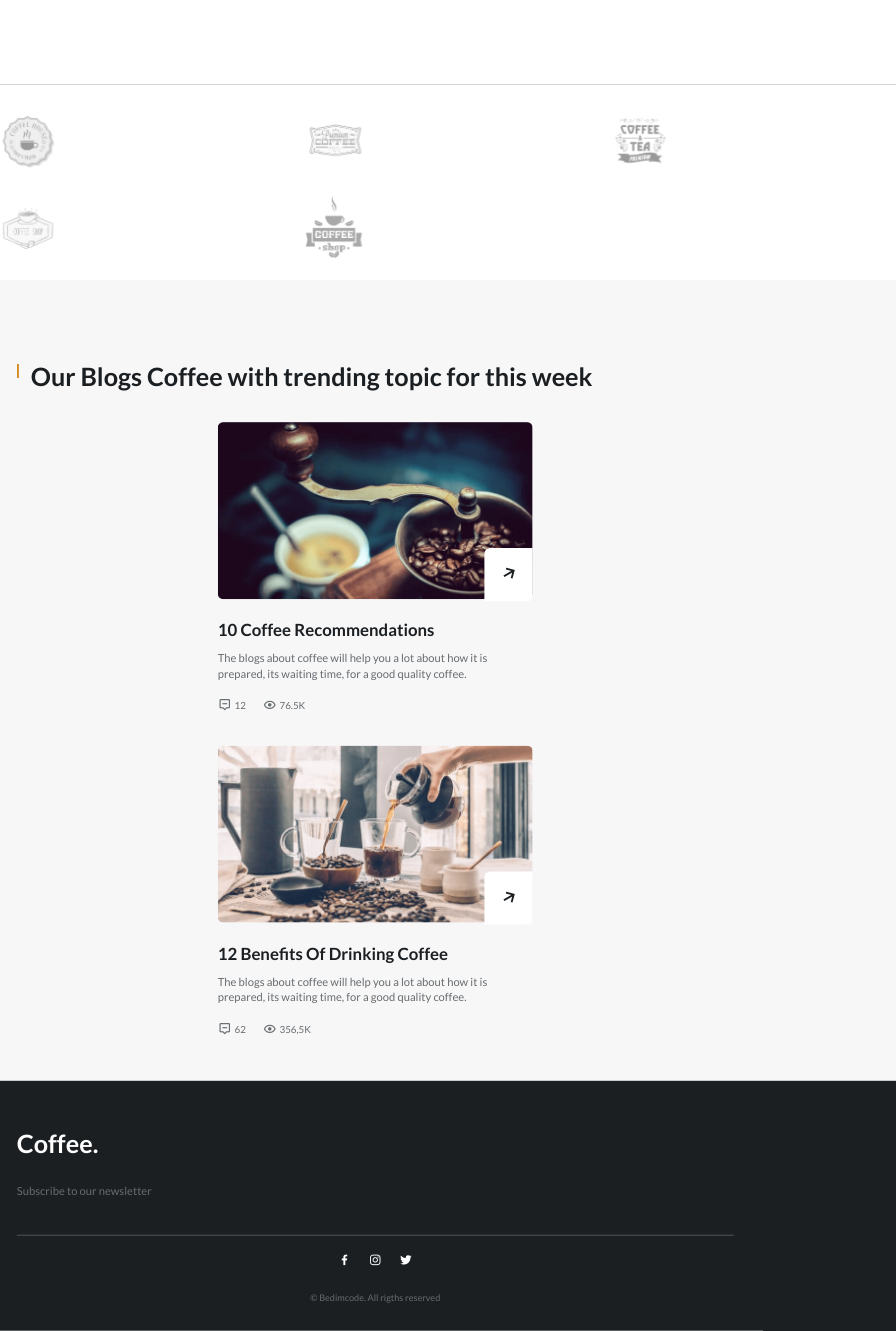
Repository: phong121020/coffee-responsive
Page: index.html
An editor plug-in stored every save of this project. The page is shown before and after the next save, followed by the edit.
The browser window is 1280 px wide. The pictures show the part of the page from y = 3100 to 5020 px (the page is 5001 px tall before and 5020 px after), at 70% of full size.

Above is the page before, as saved 2022-03-08 17:27:11.

### index.html
<!DOCTYPE html>
<html lang="en">
  <head>
    <meta charset="UTF-8" />
    <meta http-equiv="X-UA-Compatible" content="IE=edge" />
    <meta name="viewport" content="width=device-width, initial-scale=1.0" />
    <!-- link -->
    <link rel="stylesheet" href="./assets/css/style.css" />
    <!-- favicon -->
    <link
      rel="shortcut icon"
      href="./assets/img/favicon.png"
      type="image/x-icon"
    />
    <title>Document</title>
    <!-- boxicon -->
    <link
      href="https://unpkg.com/boxicons@2.1.1/css/boxicons.min.css"
      rel="stylesheet"
    />
  </head>
  <body>
    <!-- HEADER -->
    <header class="header" id="header">
      <nav class="nav container">
        <a href="#" class="nav__logo">
          <img src="./assets/img/logo.png" alt="" class="nav__logo-img" />
          Coffee.
        </a>
        <div class="nav__menu" id="nav-menu">
          <ul class="nav__list">
            <li class="nav__item">
              <a href="#home" class="nav__link active-link">Home</a>
            </li>
            <li class="nav__item">
              <a href="#products" class="nav__link">Products</a>
            </li>
            <li class="nav__item">
              <a href="#premium" class="nav__link">Premium</a>
            </li>
            <li class="nav__item">
              <a href="#blog" class="nav__link">Blog</a>
            </li>
          </ul>
          <div class="nav__close" id="nav-close">
            <i class="bx bx-x"></i>
          </div>
        </div>
        <!-- Toggle button -->
        <div class="nav__toggle" id="nav-toggle">
          <i class="bx bx-grid-alt"></i>
        </div>
      </nav>
    </header>
    <!-- MAIN -->
    <main>
      <!-- HOME -->
      <section class="home grid" id="home">
        <div class="home__container">
          <div class="home__content container">
            <h1 class="home__title">
              Choose Your Favorite Coffe And Enjoy <span>.</span>
            </h1>
            <p class="home__desc">Buy the best and delicious coffees</p>
            <div class="home__data">
              <div class="home__data-group">
                <h2 class="home__data-number">120K</h2>
                <h3 class="home__data-title">Testimonials</h3>
                <p class="home__data-desc">
                  Testimonials from various customers who trust us.
                </p>
              </div>
              <div class="home__data-group">
                <h2 class="home__data-number">340+</h2>
                <h3 class="home__data-title">Exclusive Product</h3>
                <p class="home__data-desc">
                  Premium preparation with quality ingredients.
                </p>
              </div>
            </div>
            <a href="#specialty">
              <img src="./assets/img/scroll.png" alt="" class="home__scroll" />
            </a>
          </div>
        </div>
        <img src="./assets/img/home.png" alt="" class="home__img" />
      </section>
      <!-- ESPECIALTY-->
      <div class="specialty section container">
        <div class="specialty__container">
          <div class="specialty__box">
            <h2 class="section__title">
              Specialty coffees that make you happy and cheer you up!
            </h2>
            <div>
              <a href="#" class="button specialty__button">See more</a>
            </div>
          </div>
          <div class="specialty__catergory">
            <div class="specialty__group">
              <img
                src="./assets/img/specialty1.png"
                alt=""
                class="specialty__img"
              />
              <h3 class="specialty__title">Selected Coffee</h3>
              <p class="specialty__desc">
                We select the best premium coffee, for a true taste.
              </p>
            </div>
            <div class="specialty__group">
              <img
                src="./assets/img/specialty2.png"
                alt=""
                class="specialty__img"
              />
              <h3 class="specialty__title">Delicious Cookies</h3>
              <p class="specialty__desc">
                Enjoy your coffee with some hot cookies
              </p>
            </div>
            <div class="specialty__group">
              <img
                src="./assets/img/specialty3.png"
                alt=""
                class="specialty__img"
              />
              <h3 class="specialty__title">Enjoy at Home</h3>
              <p class="specialty__desc">
                Enjoy the best coffee in the comfort of your home.
              </p>
            </div>
          </div>
        </div>
      </div>
      <!-- PRODUCTS -->
      <section class="products section" id="products">
        <div class="products__container container">
          <h2 class="section__title">Choose our delicious and best products</h2>
          <ul class="products__filters">
            <li
              class="products__item products__line active-product"
              data-filter=".delicacies"
            >
              <h3 class="products__title">New Delicacies</h3>
              <span class="products__stock">3 products</span>
            </li>
            <li class="products__item products__line" data-filter=".coffee">
              <h3 class="products__title">Hot Coffee</h3>
              <span class="products__stock">4 products</span>
            </li>
            <li class="products__item" data-filter=".cake">
              <h3 class="products__title">Cakes And Delicacies</h3>
              <span class="products__stock">4 products</span>
            </li>
          </ul>
          <div class="products__content grid">
            <!-- Delicacies -->
            <article class="product__card delicacies">
              <div class="product__shape">
                <img
                  src="./assets/img/delicacies1.png"
                  alt=""
                  class="products__img"
                />
              </div>
              <div class="products__data">
                <h2 class="products__price">$5</h2>
                <h3 class="products__name">Cookies</h3>
                <button class="button products__button">
                  <i class="bx bx-shopping-bag"></i>
                </button>
              </div>
            </article>

            <article class="product__card delicacies">
              <div class="product__shape">
                <img
                  src="./assets/img/delicacies2.png"
                  alt=""
                  class="products__img"
                />
              </div>
              <div class="products__data">
                <h2 class="products__price">$6</h2>
                <h3 class="products__name">Croissant</h3>
                <button class="button products__button">
                  <i class="bx bx-shopping-bag"></i>
                </button>
              </div>
            </article>

            <article class="product__card delicacies">
              <div class="product__shape">
                <img
                  src="./assets/img/delicacies3.png"
                  alt=""
                  class="products__img"
                />
              </div>
              <div class="products__data">
                <h2 class="products__price">$4</h2>
                <h3 class="products__name">Croissant</h3>
                <button class="button products__button">
                  <i class="bx bx-shopping-bag"></i>
                </button>
              </div>
            </article>
            <!-- Coffee -->
            <article class="product__card coffee">
              <div class="product__shape">
                <img
                  src="./assets/img/coffee1.png"
                  alt=""
                  class="products__img"
                />
              </div>
              <div class="products__data">
                <h2 class="products__price">$7</h2>
                <h3 class="products__name">Black Coffee</h3>
                <button class="button products__button">
                  <i class="bx bx-shopping-bag"></i>
                </button>
              </div>
            </article>

            <article class="product__card coffee">
              <div class="product__shape">
                <img
                  src="./assets/img/coffee2.png"
                  alt=""
                  class="products__img"
                />
              </div>
              <div class="products__data">
                <h2 class="products__price">$12</h2>
                <h3 class="products__name">Pure Coffee</h3>
                <button class="button products__button">
                  <i class="bx bx-shopping-bag"></i>
                </button>
              </div>
            </article>

            <article class="product__card coffee">
              <div class="product__shape">
                <img
                  src="./assets/img/coffee3.png"
                  alt=""
                  class="products__img"
                />
              </div>
              <div class="products__data">
                <h2 class="products__price">$9</h2>
                <h3 class="products__name">Milk Coffee</h3>
                <button class="button products__button">
                  <i class="bx bx-shopping-bag"></i>
                </button>
              </div>
            </article>

            <article class="product__card coffee">
              <div class="product__shape">
                <img
                  src="./assets/img/coffee4.png"
                  alt=""
                  class="products__img"
                />
              </div>
              <div class="products__data">
                <h2 class="products__price">$9</h2>
                <h3 class="products__name">Moka Coffee</h3>
                <button class="button products__button">
                  <i class="bx bx-shopping-bag"></i>
                </button>
              </div>
            </article>
            <!-- Cake -->
            <article class="product__card cake">
              <div class="product__shape">
                <img
                  src="./assets/img/cake1.png"
                  alt=""
                  class="products__img"
                />
              </div>
              <div class="products__data">
                <h2 class="products__price">$6</h2>
                <h3 class="products__name">Cream Cake</h3>
                <button class="button products__button">
                  <i class="bx bx-shopping-bag"></i>
                </button>
              </div>
            </article>

            <article class="product__card cake">
              <div class="product__shape">
                <img
                  src="./assets/img/cake2.png"
                  alt=""
                  class="products__img"
                />
              </div>
              <div class="products__data">
                <h2 class="products__price">$5</h2>
                <h3 class="products__name">Chocolate Croissant</h3>
                <button class="button products__button">
                  <i class="bx bx-shopping-bag"></i>
                </button>
              </div>
            </article>

            <article class="product__card cake">
              <div class="product__shape">
                <img
                  src="./assets/img/cake3.png"
                  alt=""
                  class="products__img"
                />
              </div>
              <div class="products__data">
                <h2 class="products__price">$15</h2>
                <h3 class="products__name">Pancake</h3>
                <button class="button products__button">
                  <i class="bx bx-shopping-bag"></i>
                </button>
              </div>
            </article>

            <article class="product__card cake">
              <div class="product__shape">
                <img
                  src="./assets/img/cake4.png"
                  alt=""
                  class="products__img"
                />
              </div>
              <div class="products__data">
                <h2 class="products__price">$12</h2>
                <h3 class="products__name">Milk Cake</h3>
                <button class="button products__button">
                  <i class="bx bx-shopping-bag"></i>
                </button>
              </div>
            </article>
          </div>
        </div>
      </section>
      <!-- QUALITY -->
      <section class="quality section" id="premium">
        <div class="quality__container container">
          <h2 class="section__title">Choose our delicious and best products</h2>
          <div class="quality__content grid">
            <div class="quality__images">
              <img
                src="./assets/img/quality1.png"
                alt=""
                class="quality__img-big"
              />
              <img
                src="./assets/img/quality2.png"
                alt=""
                class="quality__img-small"
              />
            </div>
            <div class="quality__data">
              <h1 class="quality__title">Premium Coffee</h1>
              <h2 class="quality__price">$94.99</h2>
              <span class="quality__special">Especial Price</span>
              <p class="quality__desc">
                We are delighted with our coffee. That's why you get the best
                premium coffee plus the kettle made of resistant materials that
                you see in the image, for a special price.
              </p>
              <div class="quality__buttons">
                <button class="button">Buy Now</button>
                <a href="" class="quality__button">
                  See more
                  <i class="bx bx-right-arrow-alt"></i>
                </a>
              </div>
            </div>
          </div>
        </div>
      </section>
      <!-- LOGOS -->
      <section class="logo section">
        <div class="logo__container contain grid">
          <img src="./assets/img/logocoffee1.png" alt="" class="logo__img" />
          <img src="./assets/img/logocoffee2.png" alt="" class="logo__img" />
          <img src="./assets/img/logocoffee3.png" alt="" class="logo__img" />
          <img src="./assets/img/logocoffee4.png" alt="" class="logo__img" />
          <img src="./assets/img/logocoffee5.png" alt="" class="logo__img" />
        </div>
      </section>
      <!-- BLOG -->
      <section class="blog section" id="blog">
        <div class="blog__container container">
          <h2 class="section__title">
            Our Blogs Coffee with trending topic for this week
          </h2>

          <div class="blog__content grid">
            <article class="blog__card">
              <div class="blog__image">
                <img src="./assets/img/blog1.png" alt="" class="blog__img" />
                <a href="#" class="blog__button">
                  <i class="bx bx-right-arrow-alt"></i>
                </a>
              </div>

              <div class="blog__data">
                <h2 class="blog__title">10 Coffee Recommendations</h2>
                <p class="blog__desc">
                  The blogs about coffee will help you a lot about how it is
                  prepared, its waiting time, for a good quality coffee.
                </p>

                <div class="blog__footer">
                  <div class="blog__reaction">
                    <i class="bx bx-message-alt-minus"></i>
                    <span>12</span>
                  </div>
                  <div class="blog__reaction">
                    <i class="bx bx-show"></i>
                    <span>76.5K</span>
                  </div>
                </div>
              </div>
            </article>
            <article class="blog__card">
              <div class="blog__image">
                <img src="./assets/img/blog2.png" alt="" class="blog__img" />
                <a href="#" class="blog__button">
                  <i class="bx bx-right-arrow-alt"></i>
                </a>
              </div>

              <div class="blog__data">
                <h2 class="blog__title">12 Benefits Of Drinking Coffee</h2>
                <p class="blog__desc">
                  The blogs about coffee will help you a lot about how it is
                  prepared, its waiting time, for a good quality coffee.
                </p>

                <div class="blog__footer">
                  <div class="blog__reaction">
                    <i class="bx bx-message-alt-minus"></i>
                    <span>62</span>
                  </div>
                  <div class="blog__reaction">
                    <i class="bx bx-show"></i>
                    <span>356,5K</span>
                  </div>
                </div>
              </div>
            </article>
          </div>
        </div>
      </section>
      <!-- FOOTER -->
      <div class="footer">
        <div class="footer__container container">
          <h1 class="footer__title">Coffee.</h1>
          <div class="footer__content grid">
            <div class="footer__data">
              <p class="footer__desc">Subscribe to our newsletter</p>
            </div>

            <div class="footer__data">
              <p class="footer__desc"></p>
            </div>
          </div>
          <div class="footer__group">
            <ul class="footer__social">
              <a
                href="https://www.facebook.com/"
                target="_blank"
                class="footer__social-link"
              >
                <i class="bx bxl-facebook"></i>
              </a>
              <a
                href="https://www.instagram.com/"
                target="_blank"
                class="footer__social-link"
              >
                <i class="bx bxl-instagram"></i>
              </a>
              <a
                href="https://twitter.com/"
                target="_blank"
                class="footer__social-link"
              >
                <i class="bx bxl-twitter"></i>
              </a>
            </ul>

            <span class="footer__copy">
              &#169; Bedimcode. All rigths reserved
            </span>
          </div>
        </div>
      </div>
      <!-- SCROLL UP -->
      <a href="" class="scrollup" id="scroll-up">
        <i class="bx bx-up-arrow-alt"></i>
      </a>
    </main>
    <!-- JS -->
    <script src="./assets/js/mixitup.min.js"></script>
    <script src="./assets/js/app.js"></script>
  </body>
</html>

Loaded but not shown: assets/js/mixitup.min.js (library); assets/js/app.js (91 lines, source omitted); assets/css/style.css (764 lines, source omitted)

After the next save:
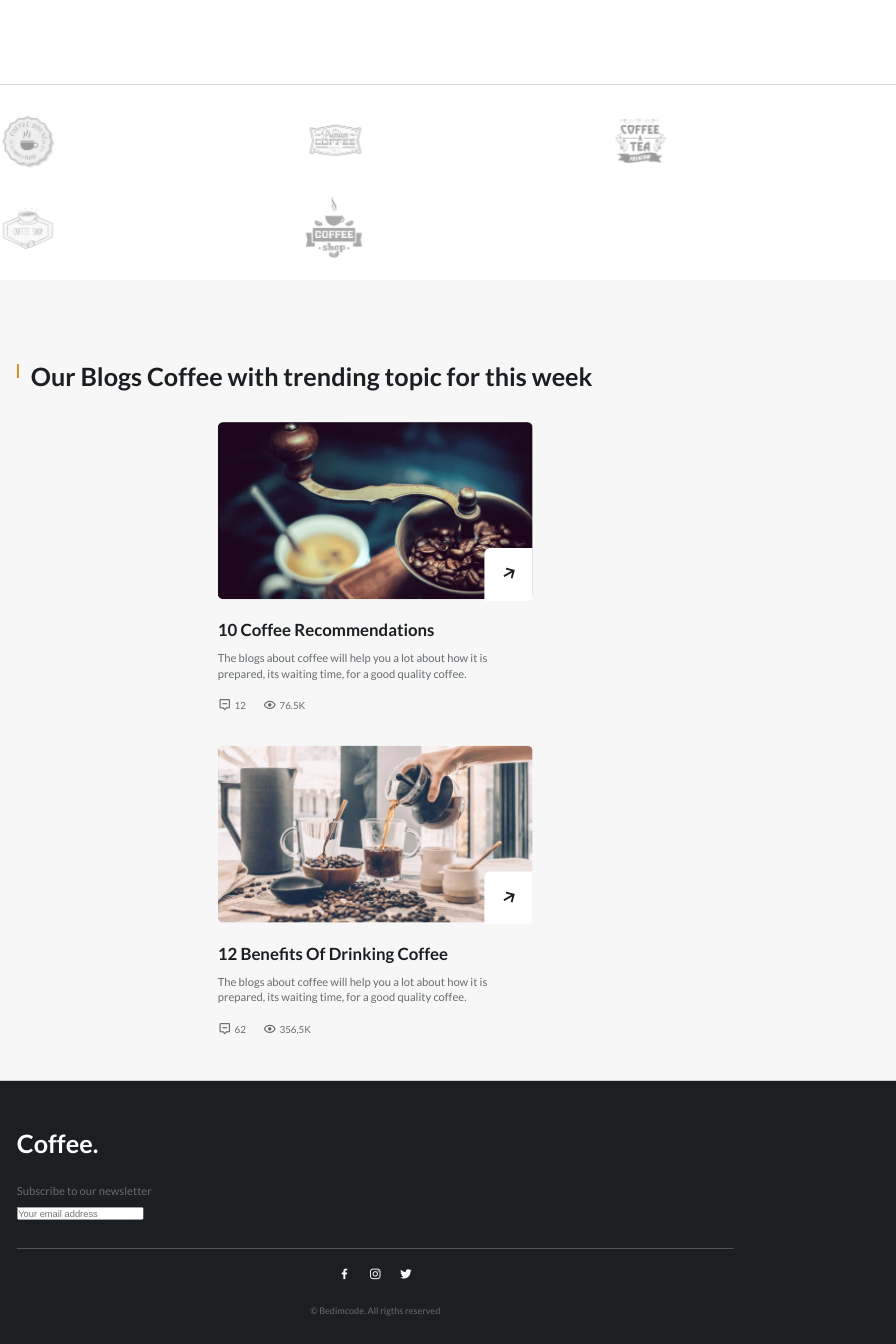
Saved 52 s later.
--- a/index.html
+++ b/index.html
@@ -464,6 +464,10 @@
           <div class="footer__content grid">
             <div class="footer__data">
               <p class="footer__desc">Subscribe to our newsletter</p>
+
+              <div class="footer__newsletter">
+                <input type="email" placeholder="Your email address" id="" />
+              </div>
             </div>
 
             <div class="footer__data">
